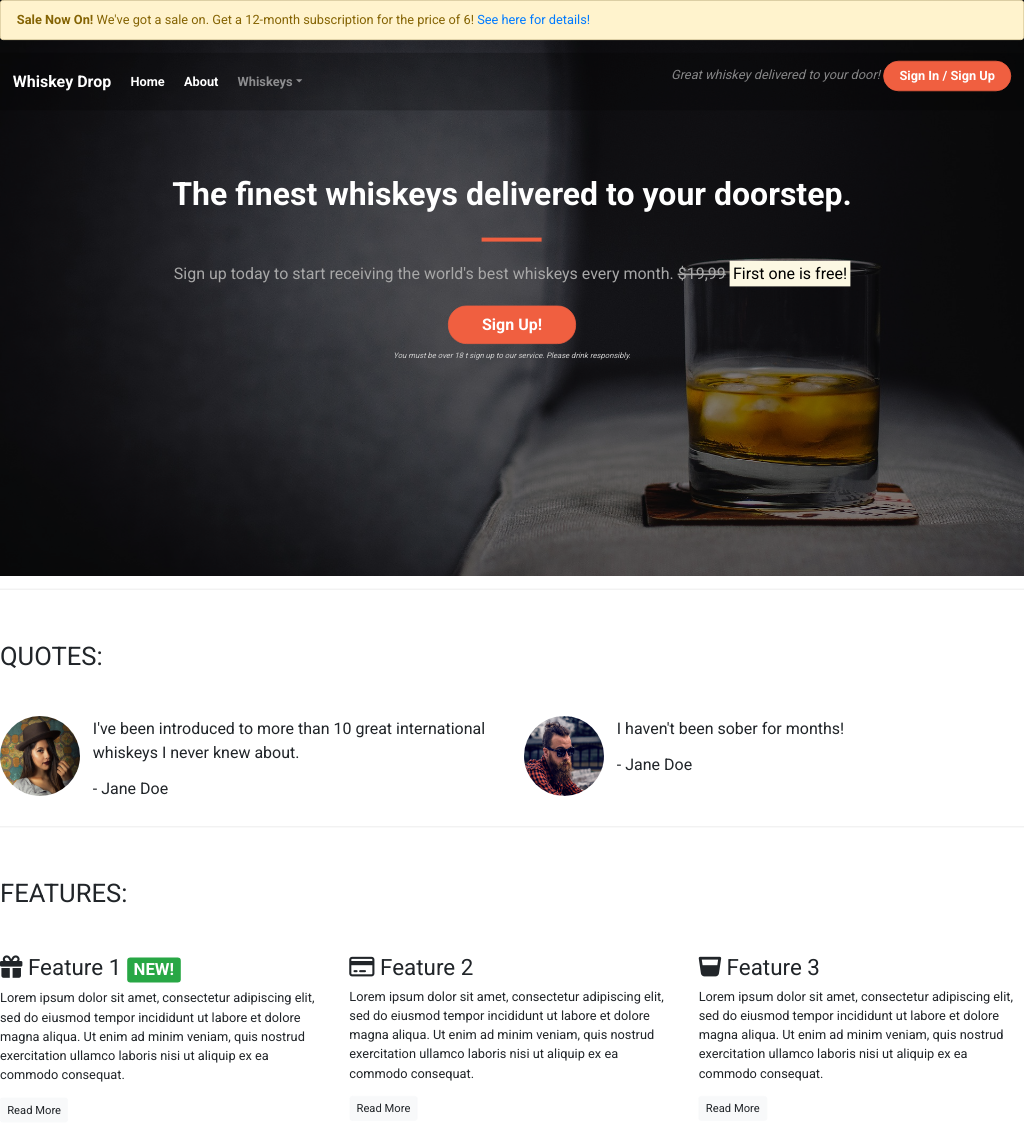
Repository: nitr-am/whiskey-project
Page: index.html
The author's editor kept a record of every edit. The page is drawn from the files as they stood at one moment, then again after the next edit.
The browser window is 1280 px wide. The page is 1295 px wide, so the pictures cover 1295 px, including what lies to the right of the window. The pictures show the whole page, at 80% of full size.
Backgrounds fixed to the window are drawn as part of the page. Some web libraries are served in a nearby version.

Above is the page before.

After the next edit:
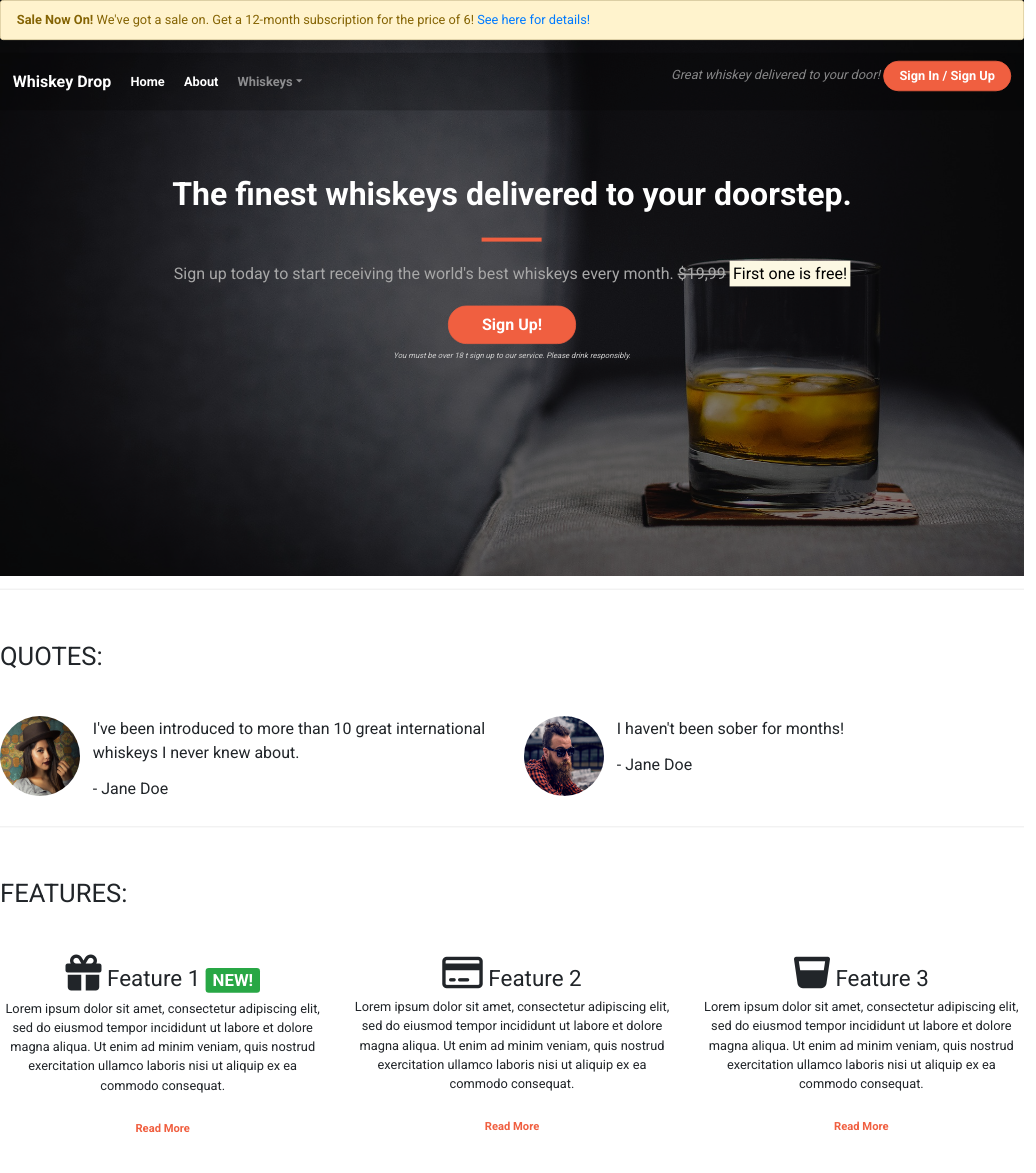
The edit:
--- a/css/style.css
+++ b/css/style.css
@@ -165,3 +165,24 @@
     border-color: #df4929;
     color: white;
 }
+
+.feature {
+    text-align: center;
+    margin-bottom: 40px;
+}
+
+.feature i {
+    margin-bottom: 20px;
+    font-size: 45px;
+    line-height: 45px;
+}
+
+.feature .btn {
+    background-color: white;
+    border-color: white;
+    border-radius: 15px;
+    min-width: 100px;
+    font-weight: bold;
+    margin-top: 10px;
+    color: #f05f40;
+}
